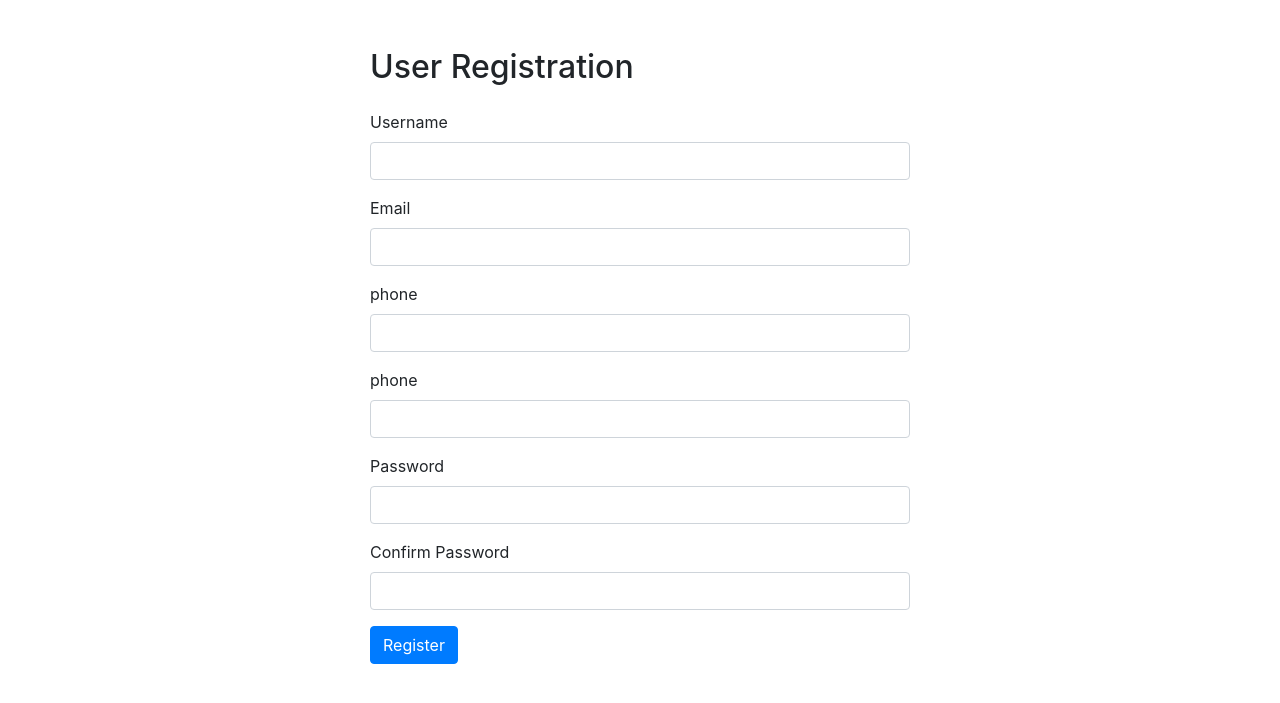
Repository: Tauqeer124/usermanagemet
Page: http://localhost/register
These files come from the project's save history. The page is drawn as it stood at one moment and after the next save; the edit follows.
The browser window is 1280 px wide. The pictures show the whole page.
The page is served by the project's Laravel application, run on PHP 8.4 with Laravel 8.

Above is the page before, as saved 2023-07-24 11:56:33.

After the next save:
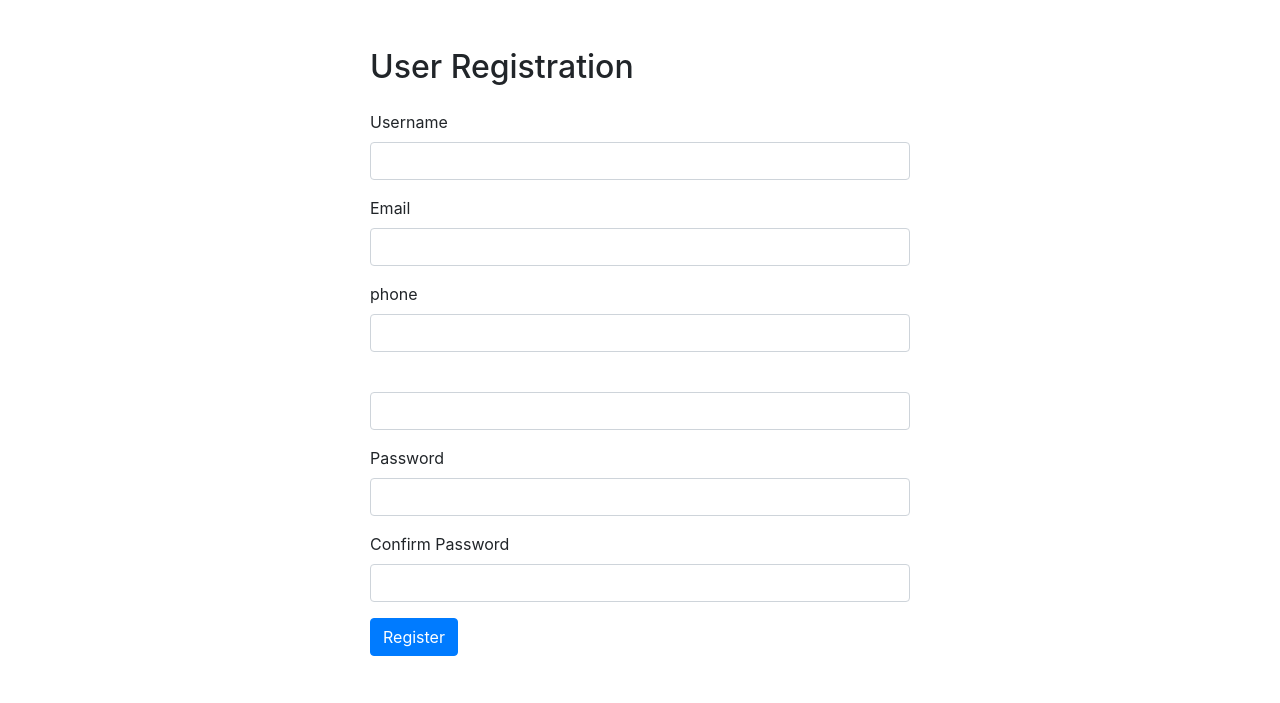
Saved 8 s later.
--- a/resources/views/auth/register.blade.php
+++ b/resources/views/auth/register.blade.php
@@ -25,7 +25,7 @@
             <input type="text" class="form-control" id="phone" name="phone" required>
         </div>
         <div class="form-group">
-            <label for="email">phone</label>
+            <label for="email"></label>
             <input type="text" class="form-control" id="phone" name="phone" required>
         </div>
         <div class="form-group">

After the save that followed:
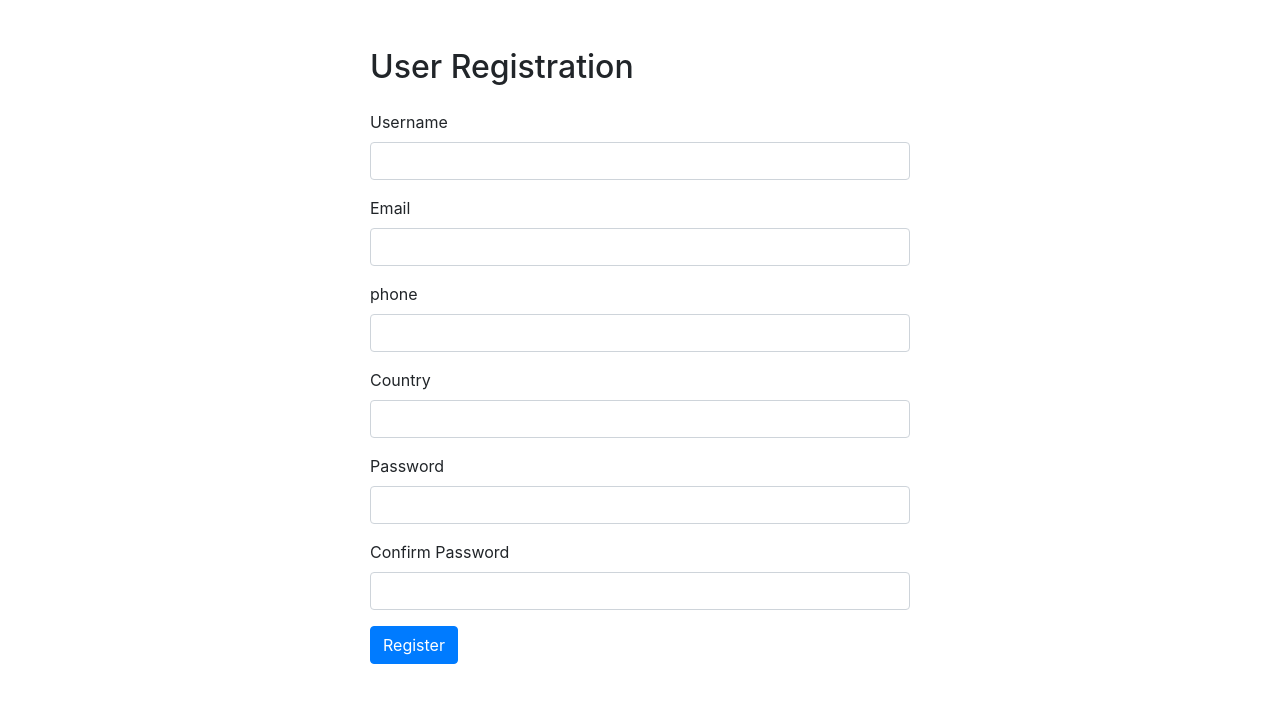
Saved 4 s later.
--- a/resources/views/auth/register.blade.php
+++ b/resources/views/auth/register.blade.php
@@ -25,7 +25,7 @@
             <input type="text" class="form-control" id="phone" name="phone" required>
         </div>
         <div class="form-group">
-            <label for="email"></label>
+            <label for="email">Country</label>
             <input type="text" class="form-control" id="phone" name="phone" required>
         </div>
         <div class="form-group">
